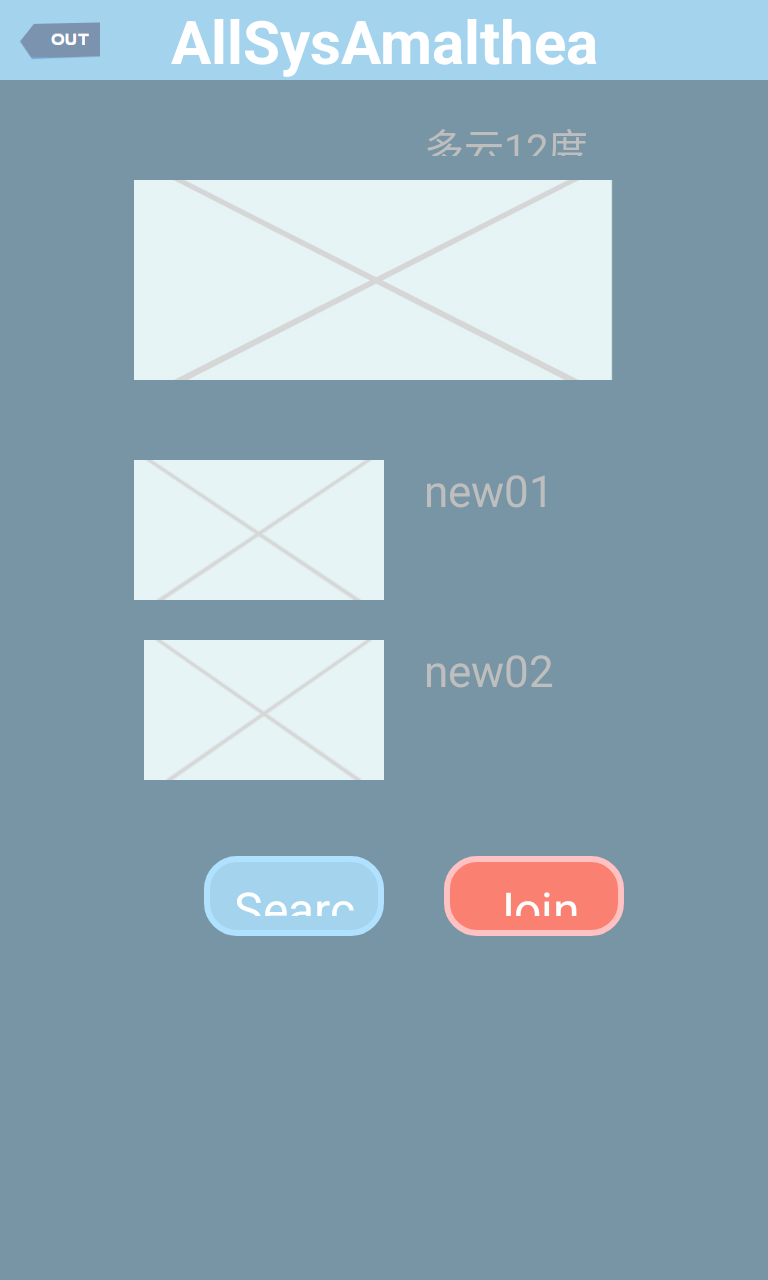
Repository: AllSysAmalthea/AllSys
Layout: APP/AppUI code/代码/Allsys/res/layout/activity_regular.xml
These files come from the project's save history. The layout is drawn as it stood at one moment and after the next save; the edit follows.
It is drawn on a 768 x 1280 px phone screen (xhdpi) without system bars, with theme android:Theme.NoTitleBar; the app's code is not run.

Above is the layout before, as saved 2015-06-08 02:50:21.

After the next save:
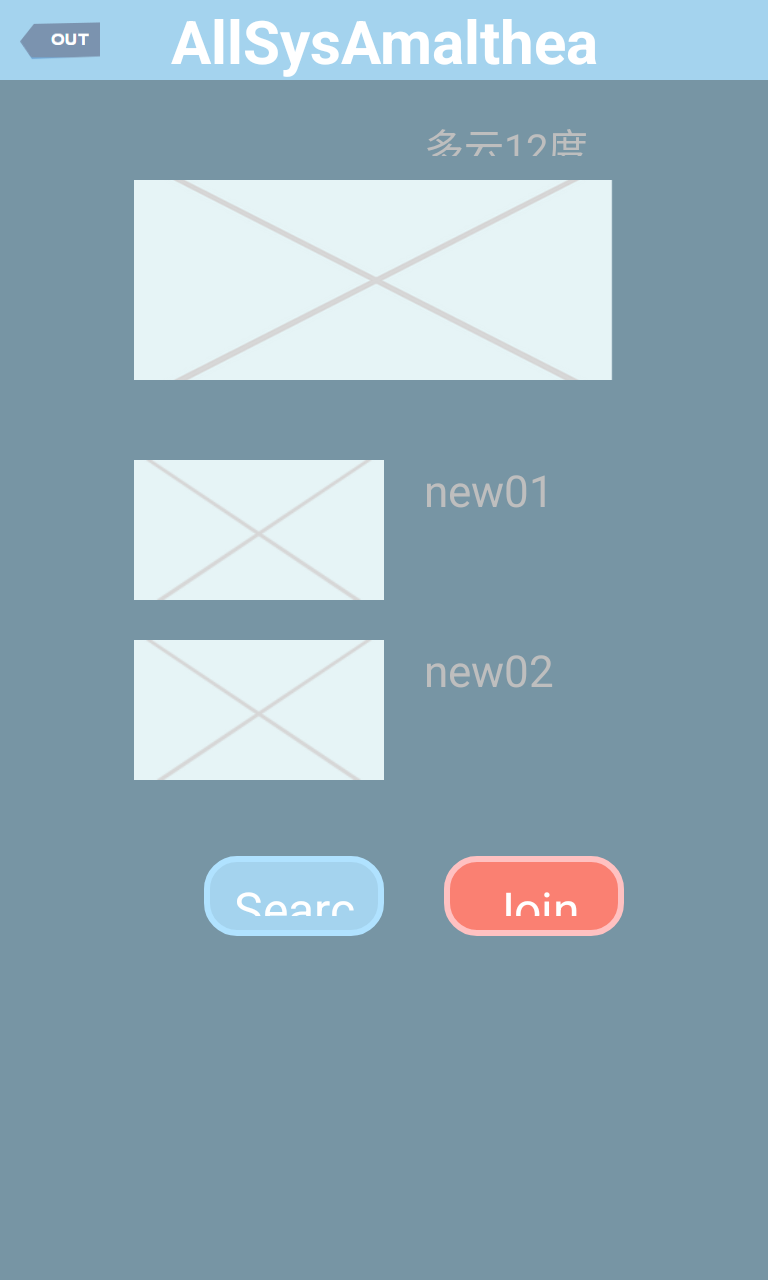
Saved 15 s later.
--- a/APP/AppUI code/代码/Allsys/res/layout/activity_regular.xml
+++ b/APP/AppUI code/代码/Allsys/res/layout/activity_regular.xml
@@ -57,7 +57,7 @@
 
     <ImageView
         android:id="@+id/myImageView3"
-        android:layout_width="240px"
+        android:layout_width="250px"
         android:layout_height="140px"
         android:layout_below="@+id/myImageView2"
         android:layout_marginTop="20dp"
